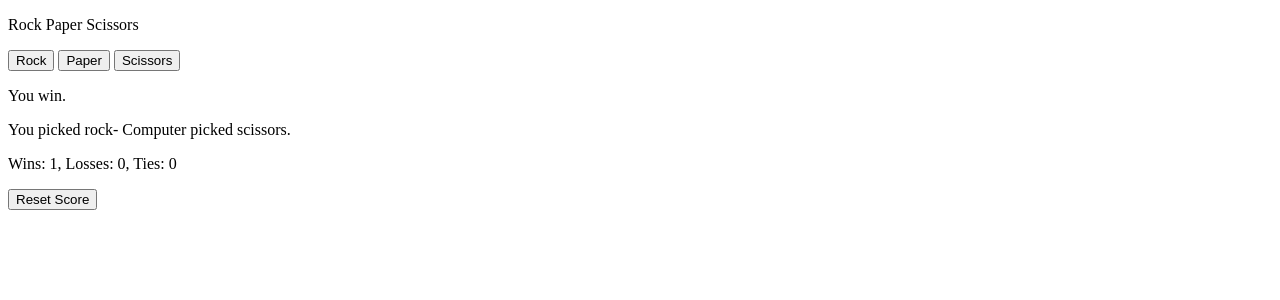
Repository: Samkiroko/Javascript-course
Page: 09-rock-paper-scissior.html
An editor plug-in stored every save of this project. The page is shown before and after the next save, followed by the edit.
The browser window is 1280 px wide. The pictures show the whole page.
After loading, the first visible `button` was clicked once.

Above is the page before, as saved 2023-08-25 19:20:43.

### 09-rock-paper-scissior.html
<!DOCTYPE html>
<html>
  <head>
    <title>Rock Paper Scissors</title>
  </head>
  <body>
    <p>Rock Paper Scissors</p>
    <button
      onclick="
      playGame('rock');
    "
    >
      Rock
    </button>

    <button
      onclick="
      playGame('paper');
    "
    >
      Paper
    </button>

    <button
      onclick="
      playGame('scissors');
    "
    >
      Scissors
    </button>
    <p class="js-result"></p>
    <p class="js-moves"></p>
    <p class="js-score"></p>

    <button
      onclick="
      score.wins = 0;
      score.losses = 0;
      score.ties = 0;
      localStorage.removeItem('score');
      updateScoreElement();
    "
    >
      Reset Score
    </button>

    <script>
      let score = JSON.parse(localStorage.getItem('score')) || {
        wins: 0,
        losses: 0,
        ties: 0,
      };

      updateScoreElement();

      /*
      if (!score) {
        score = {
          wins: 0,
          losses: 0,
          ties: 0
        };
      }
      */

      function playGame(playerMove) {
        const computerMove = pickComputerMove();

        let result = '';

        if (playerMove === 'scissors') {
          if (computerMove === 'rock') {
            result = 'You lose.';
          } else if (computerMove === 'paper') {
            result = 'You win.';
          } else if (computerMove === 'scissors') {
            result = 'Tie.';
          }
        } else if (playerMove === 'paper') {
          if (computerMove === 'rock') {
            result = 'You win.';
          } else if (computerMove === 'paper') {
            result = 'Tie.';
          } else if (computerMove === 'scissors') {
            result = 'You lose.';
          }
        } else if (playerMove === 'rock') {
          if (computerMove === 'rock') {
            result = 'Tie.';
          } else if (computerMove === 'paper') {
            result = 'You lose.';
          } else if (computerMove === 'scissors') {
            result = 'You win.';
          }
        }

        if (result === 'You win.') {
          score.wins += 1;
        } else if (result === 'You lose.') {
          score.losses += 1;
        } else if (result === 'Tie.') {
          score.ties += 1;
        }

        localStorage.setItem('score', JSON.stringify(score));

        updateScoreElement();

        document.querySelector('.js-result').innerHTML = result;
        document.querySelector(
          '.js-moves'
        ).innerHTML = `You picked ${playerMove}- Computer picked ${computerMove}.`;
      }

      function updateScoreElement() {
        document.querySelector(
          '.js-score'
        ).innerHTML = `Wins: ${score.wins}, Losses: ${score.losses}, Ties: ${score.ties}`;
      }

      function pickComputerMove() {
        const randomNumber = Math.random();

        let computerMove = '';

        if (randomNumber >= 0 && randomNumber < 1 / 3) {
          computerMove = 'rock';
        } else if (randomNumber >= 1 / 3 && randomNumber < 2 / 3) {
          computerMove = 'paper';
        } else if (randomNumber >= 2 / 3 && randomNumber < 1) {
          computerMove = 'scissors';
        }

        return computerMove;
      }
    </script>
  </body>
</html>

After the next save:
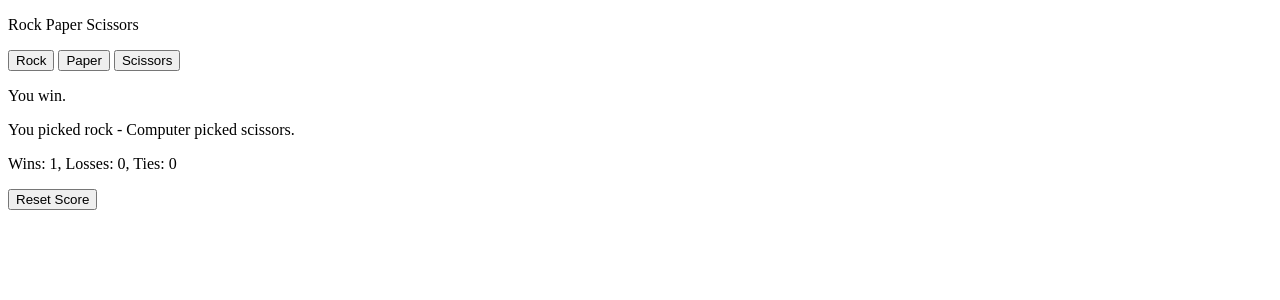
Saved 21 s later.
--- a/09-rock-paper-scissior.html
+++ b/09-rock-paper-scissior.html
@@ -109,7 +109,7 @@
         document.querySelector('.js-result').innerHTML = result;
         document.querySelector(
           '.js-moves'
-        ).innerHTML = `You picked ${playerMove}- Computer picked ${computerMove}.`;
+        ).innerHTML = `You picked ${playerMove} - Computer picked ${computerMove}.`;
       }
 
       function updateScoreElement() {
